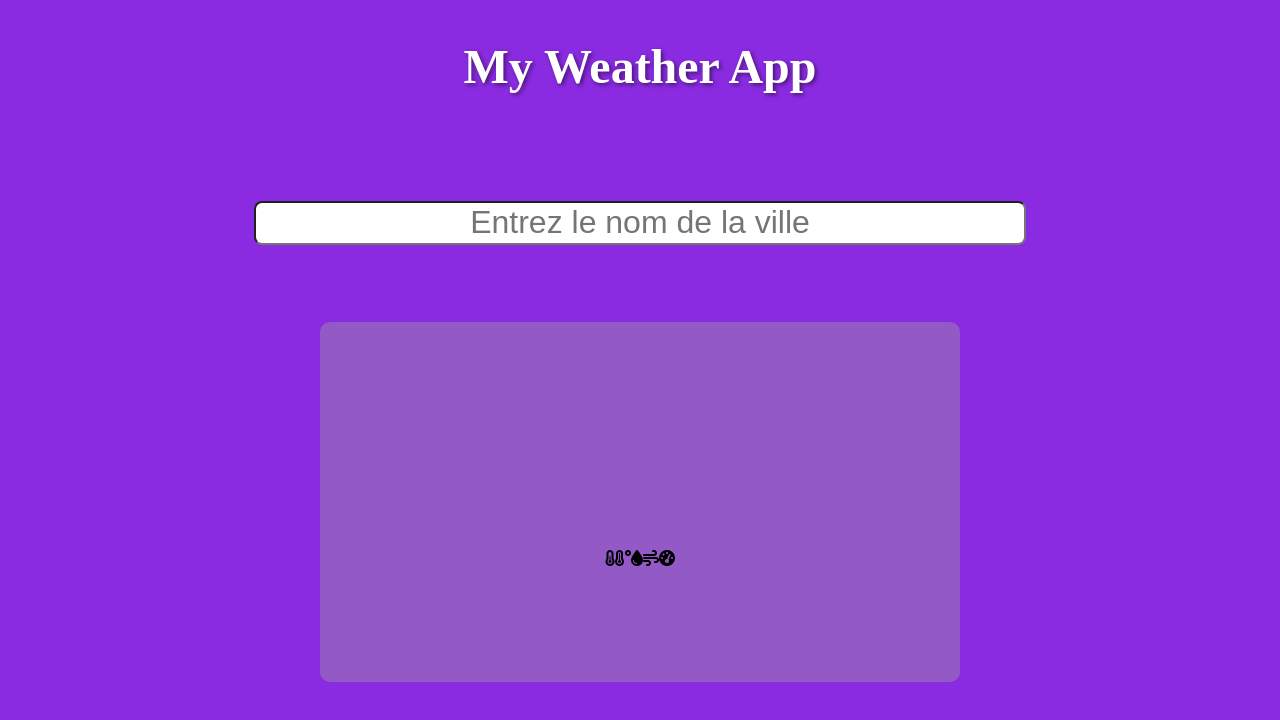
Repository: JeffnyAugustin/MyWeatherApp
Page: index.html
These files come from the project's save history. The page is drawn as it stood at one moment and after the next save; the edit follows.
The browser window is 1280 px wide. The pictures show the whole page.

Above is the page before, as saved 2023-11-14 18:03:40.

After the next save:
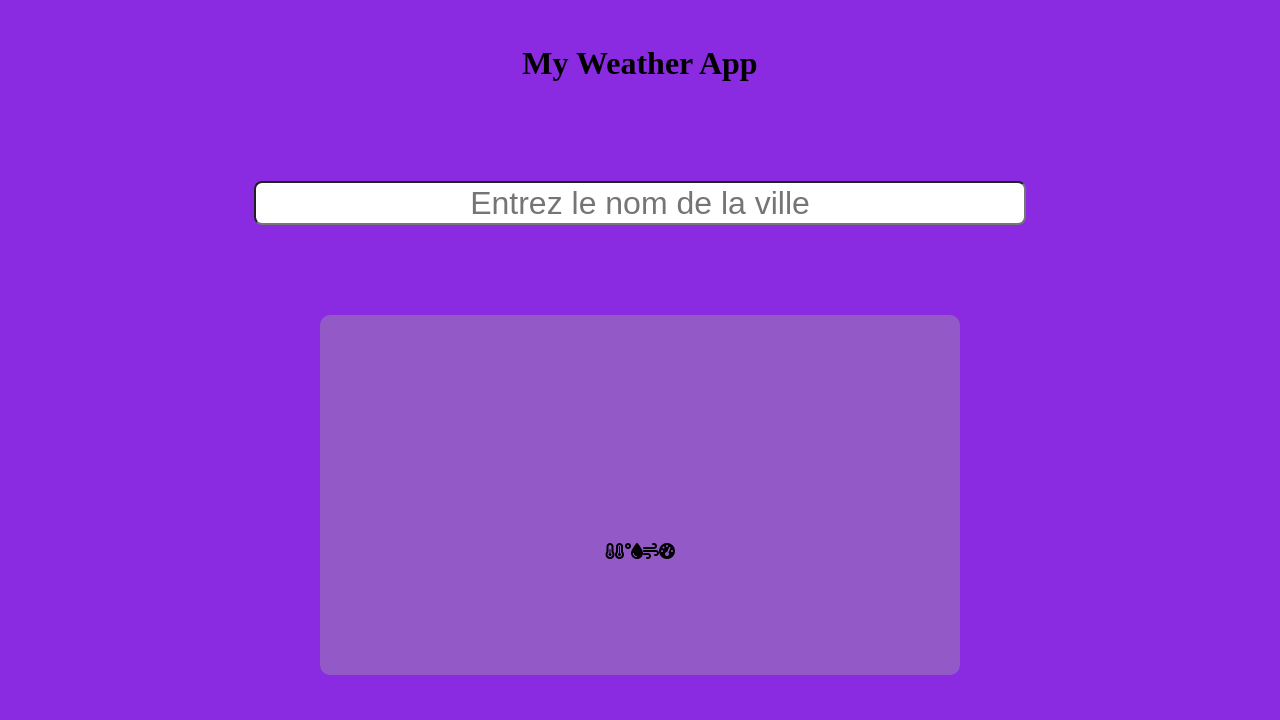
Saved 58 s later.
--- a/css/style.css
+++ b/css/style.css
@@ -61,14 +61,3 @@ p {
 p.cityName {
     text-align: center;
 }
-
-
-h1 {
-    font-size: 3em; /* Adjust the font size as needed */
-    text-align: center;
-    color: #ffffff; /* Set your desired text color */
-    text-transform: capitalize;
-    margin-bottom: 20px;
-    text-shadow: 2px 2px 4px rgba(0, 0, 0, 0.5); /* Add a subtle text shadow for a 3D effect */
-
-}

After the save that followed:
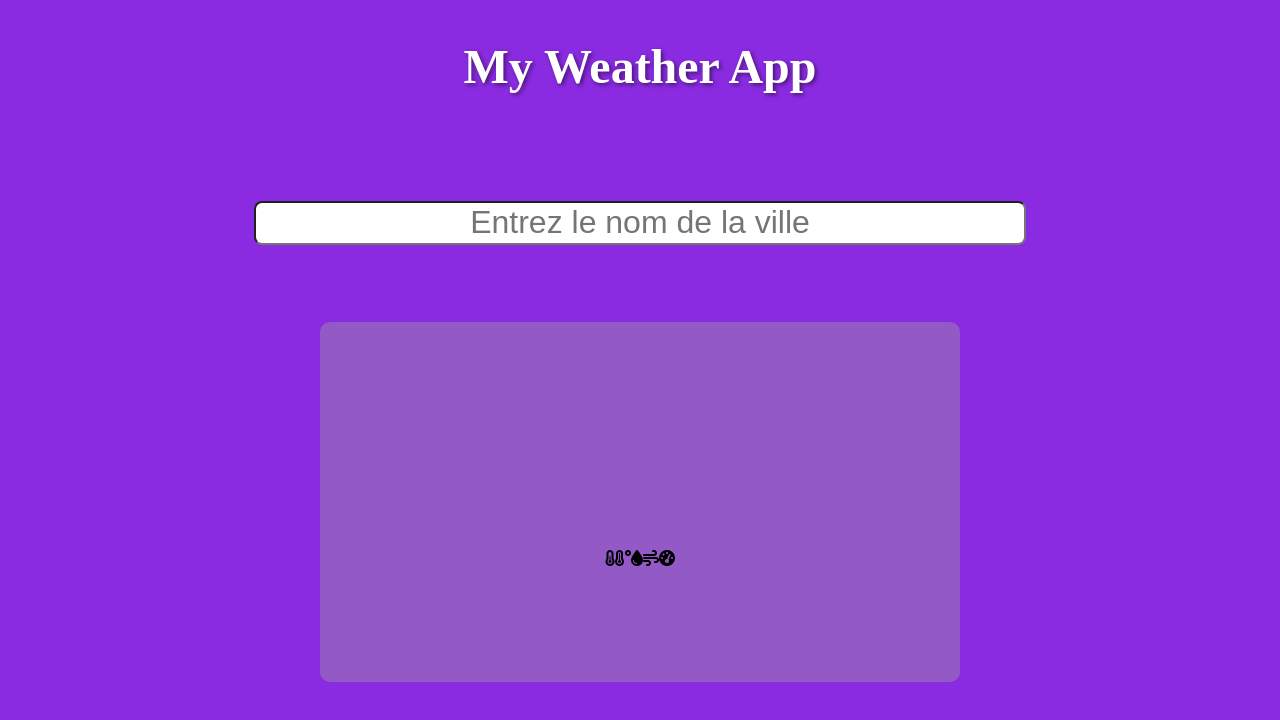
Saved 2 min 39 s later.
--- a/css/style.css
+++ b/css/style.css
@@ -61,3 +61,14 @@ p {
 p.cityName {
     text-align: center;
 }
+
+
+h1 {
+    font-size: 3em; /* Adjust the font size as needed */
+    text-align: center;
+    color: #ffffff; /* Set your desired text color */
+    text-transform: capitalize;
+    margin-bottom: 20px;
+    text-shadow: 2px 2px 4px rgba(0, 0, 0, 0.5); /* Add a subtle text shadow for a 3D effect */
+
+}
